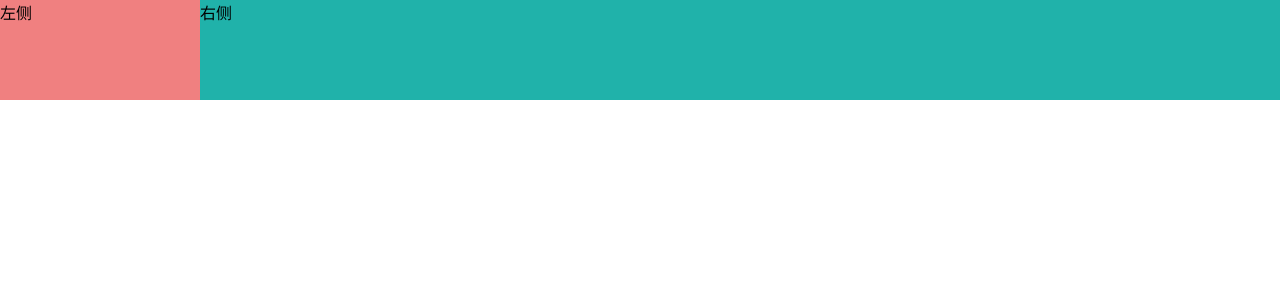
Repository: ljwrookie/Front-end-interview-handwritten-code
Page: css布局/两栏布局.html
An editor plug-in stored every save of this project. The page is shown before and after the next save, followed by the edit.
The browser window is 1280 px wide. The pictures show the whole page.

Above is the page before, as saved 2022-04-07 15:36:34.

### css布局/两栏布局.html
<!DOCTYPE html>
<html lang="en">
	<head>
		<meta charset="UTF-8" />
		<meta http-equiv="X-UA-Compatible" content="IE=edge" />
		<meta name="viewport" content="width=device-width, initial-scale=1.0" />
		<title>两栏布局</title>
		<style>
			body {
				margin: 0;
				padding: 0;
			}
			/* 利用浮动， 左边元素宽度固定 ，设置向左浮动。将右边元素的 `margin-left` 设为固定宽度 。
            注意，因为右边元素的 `width` 默认为 `auto` ，所以会自动撑满父元素。 */
			/* .outer {
				height: 100px;
			}
			.left {
				float: left;
				width: 200px;
				height: 100%;
				background: lightcoral;
			}
			.right {
				margin-left: 200px;
				height: 100%;
				background: lightseagreen;
			} */

			/* 同样利用浮动，左边元素宽度固定 ，设置向左浮动。
            右侧元素设置 `overflow`不为`visible` 这样右边就触发了 `BFC` ，
            `BFC` 的区域不会与浮动元素发生重叠，所以两侧就不会发生重叠。 */
			/* .outer {
				height: 100px;
			}
			.left {
				float: left;
				width: 200px;
				height: 100%;
				background: lightcoral;
			}
			.right {
				overflow: auto;
				height: 100%;
				background: lightseagreen;
			} */

			/* 利用 `flex` 布局，左边元素固定宽度，右边的元素设置 `flex: 1`   */
			/* .outer {
				display: flex;
				height: 100px;
			}
			.left {
				width: 200px;
				height: 100%;
				background: lightcoral;
			}
			.right {
				flex: 1;
				height: 100%;
				background: lightseagreen;
			} */

			/* 利用绝对定位，父级元素设为相对定位。左边元素 `absolute` 定位，宽度固定。
            右边元素的 `margin-left` 的值设为左边元素的宽度值。 */
			/* .outer {
				position: relative;
				height: 100px;
			}
			.left {
				position: absolute;
				width: 200px;
				height: 100%;
				background: lightcoral;
			}
			.right {
				margin-left: 200px;
				height: 100%;
				background: lightseagreen;
			} */

			/* 利用绝对定位，父级元素设为相对定位。左边元素宽度固定，
            右边元素 `absolute` 定位， `left` 为宽度大小，其余方向定位为 `0` 。 */
			.outer {
				position: relative;
				height: 100px;
			}
			.left {
				width: 200px;
				height: 100%;
				background: lightcoral;
			}
			.right {
				position: absolute;
				left: 200px;
				top: 0;
				right: 0;
				bottom: 0;
				height: 100%;
				background: lightseagreen;
			}
		</style>
	</head>
	<body>
		<div class="outer">
			<div class="left">左侧</div>
			<div class="right">右侧</div>
		</div>
	</body>
</html>

After the next save:
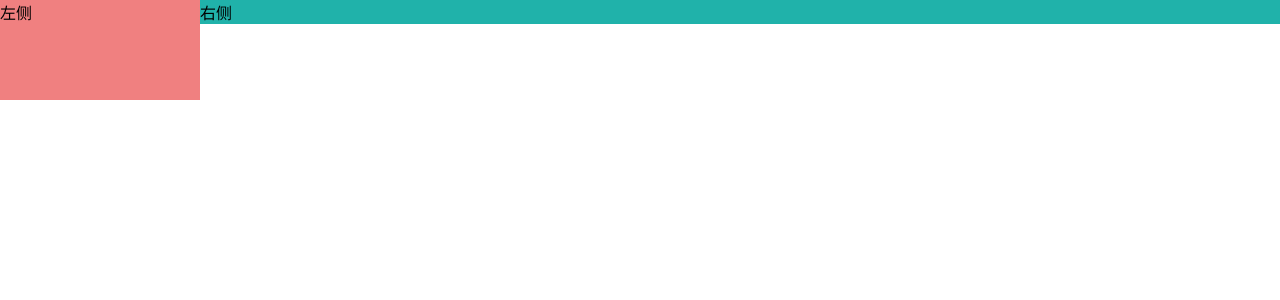
Saved 6 s later.
--- a/css布局/两栏布局.html
+++ b/css布局/两栏布局.html
@@ -95,8 +95,8 @@
 				left: 200px;
 				top: 0;
 				right: 0;
-				bottom: 0;
-				height: 100%;
+				/* bottom: 0; */
+				/* height: 100%; */
 				background: lightseagreen;
 			}
 		</style>

After the save that followed:
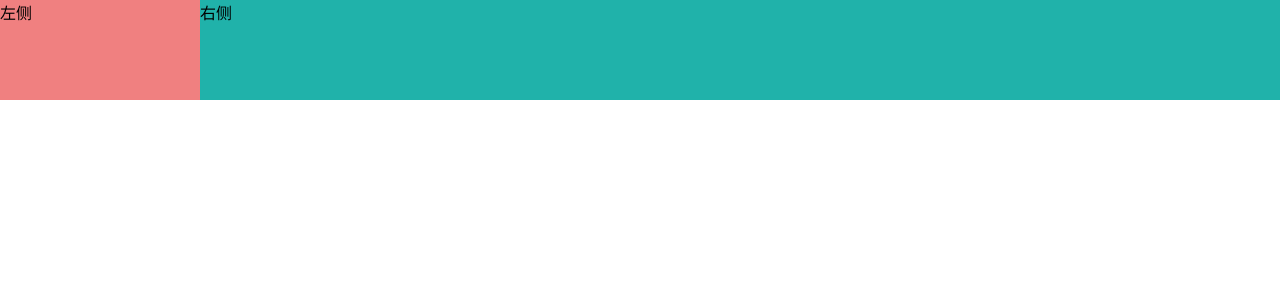
Saved 5 s later.
--- a/css布局/两栏布局.html
+++ b/css布局/两栏布局.html
@@ -95,7 +95,7 @@
 				left: 200px;
 				top: 0;
 				right: 0;
-				/* bottom: 0; */
+				bottom: 0;
 				/* height: 100%; */
 				background: lightseagreen;
 			}
